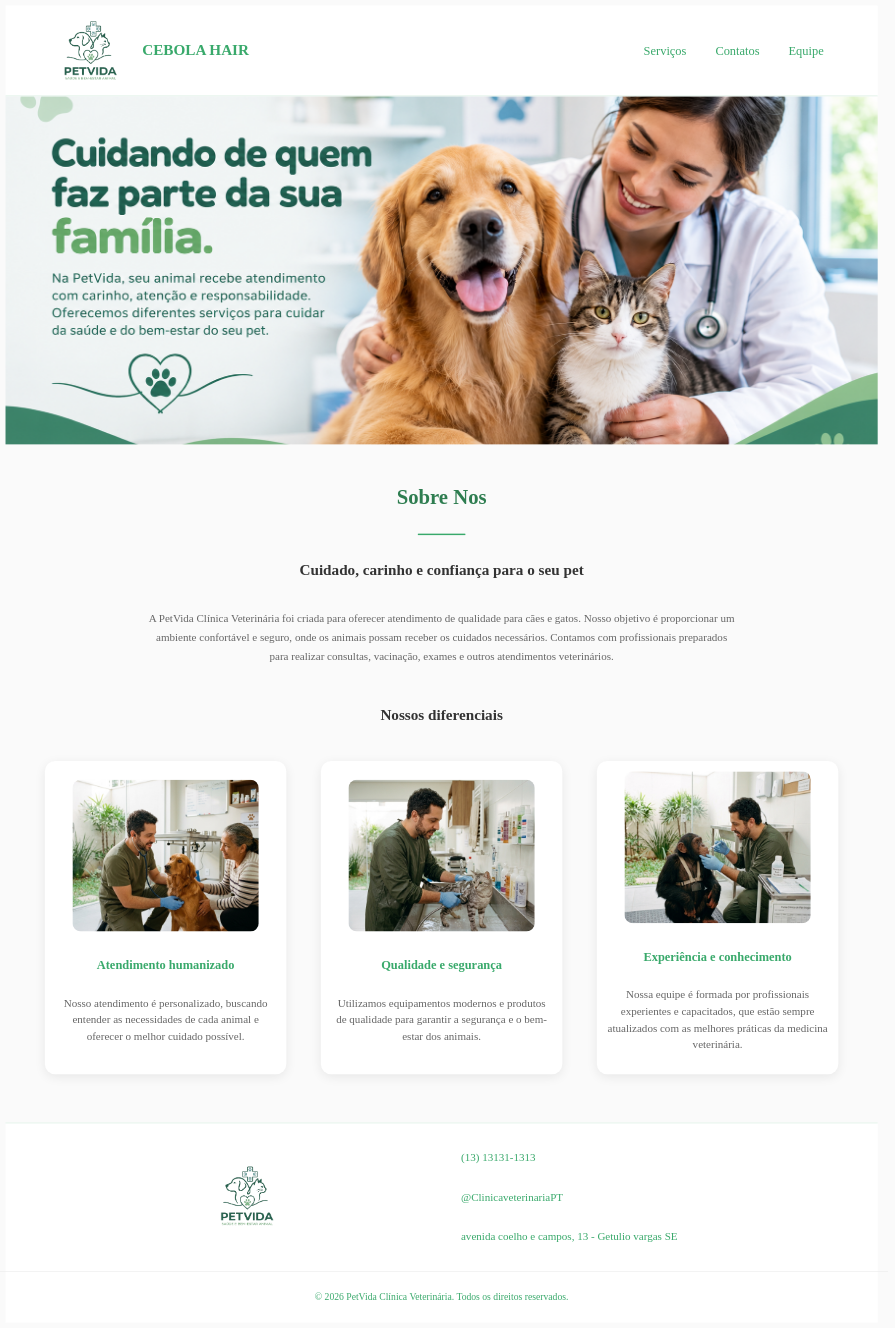
Repository: antonymsantana-design/Veterinario
Page: INDEX.HTML
The author's editor kept a copy of each file at every save. The page is drawn from the files as they stood at one save, then again after the next save.
The browser window is 1280 px wide. The page is 1297 px wide, then 1280 px, so the pictures cover 1297 px, including what lies to the right of the window. The pictures show the whole page, at 69% of full size.

Above is the page before, as saved 2026-10-03 18:20:13.
Console error: TypeError: Cannot read properties of null (reading 'innerHTML')

### INDEX.HTML
<!doctype html>
<html lang="pt-br">

<head>
    <meta charset="UTF-8" />
    <meta name="viewport" content="width=device-width, initial-scale=1.0" />
    <title>Cebola Hair</title>
    <link rel="stylesheet" href="style.css" />
    <script src="script.js" defer></script>
</head>
<header>
    <div class="conteudoH" id="conteudoH">
        <div class="imagem" id="imagem">
            <img src="image/logo.png" alt="logo" class="logoIMG" id="logoIMG" />
            <h3 class="logoH">CEBOLA HAIR</h3>
        </div>
        <div class="direitaH">
            <div class="links" id="links">
                <a href="serviços.html" class="aLinks" id="servA">Serviços</a>
                <a href="CONTATOS.HTML" class="aLinks" id="contatosA">Contatos</a>
                <a href="Team.html" class="aLinks" id="contatosA">Equipe</a>
            </div>
        </div>
    </div>
</header>

<body>
    <div class="conteudo">
    </div>

    <div class="context"></div>
    <h2 class="Our" id="servicosT">Sobre Nos</h2>
    <hr />

    <h3 class="AbH2">Cuidado, carinho e confiança para o seu pet</h3>
    <p class="AbH3">A PetVida Clínica Veterinária foi criada para oferecer atendimento de qualidade para cães e gatos.
        Nosso objetivo
        é proporcionar um ambiente confortável e seguro, onde os animais possam receber os cuidados necessários.
        Contamos com profissionais preparados para realizar consultas, vacinação, exames e outros atendimentos
        veterinários.</p>
    <h3 class="AbH2">Nossos diferenciais</h3>
    <div class="topics">
        <div class="topc">
            <img src="image/imagemPG11.jpg" alt="atendimento" class="topcIMG" />
            <div class="txtT">
                <h4 class="topcH">Atendimento humanizado</h4>
                <p class="topcP">Nosso atendimento é personalizado, buscando entender as necessidades de cada animal e
                    oferecer o melhor cuidado possível.</p>
            </div>
        </div>
        <div class="topc">
            <img src="image/imagemPG2.jpg" alt="qualidade" class="topcIMG" />
            <div class="txtT">
                <h4 class="topcH">Qualidade e segurança</h4>
                <p class="topcP">Utilizamos equipamentos modernos e produtos de qualidade para garantir a segurança e o
                    bem-estar dos animais.</p>
            </div>
        </div>
        <div class="topc">
            <img src="image/imagemPG13.jpg" alt="experiencia" class="topcIMG" />
            <div class="txtT">
                <h4 class="topcH">Experiência e conhecimento</h4>
                <p class="topcP">Nossa equipe é formada por profissionais experientes e capacitados, que estão sempre
                    atualizados com as melhores práticas da medicina veterinária.</p>
            </div>
        </div>
    </div>
    </div>

</body>
<footer id="footer">
    <div class="cimaF">
        <div class="direita">
            <img src="image/logo.png" alt="logo" class="logoIMGF" id="logoIMG" />
        </div>

        <div class="esquerda">
            <p>(13) 13131-1313</p>
            <p>@ClinicaveterinariaPT</p>
            <p>avenida coelho e campos, 13 - Getulio vargas SE</p>
        </div>
    </div>
    <div class="baixoF">
        <p>© 2026 PetVida Clínica Veterinária. Todos os direitos reservados.</p>
    </div>
</footer>

</html>

### style.css
```css
* {
    padding: 0;
    margin: 0;
    font-family: Arial, Helvetica, sans-serif;
    box-sizing: border-box;
}

body {
    background-color: #fafafa;
    color: #333;
}

/* ================= HEADER ================= */

header {
    background-color: #ffffff;
    min-height: 130px;
    display: flex;
    justify-content: center;
    align-items: center;
    border-bottom: 2px solid #e8f5ee;
}

.conteudoH {
    width: 90%;
    max-width: 1200px;
    display: flex;
    justify-content: space-between;
    align-items: center;
}

.imagem {
    display: flex;
    justify-content: center;
    align-items: center;
    gap: 15px;
}

.logoIMG {
    width: 120px;
    cursor: pointer;
    transition: 0.3s;
}

.logoIMG:hover {
    transform: scale(1.05);
}

.logoH {
    color: #39A96B;
    font-size: 22px;
}

/* ================= LINKS ================= */

.direitaH {
    display: flex;
    justify-content: center;
    align-items: center;
}

.links {
    display: flex;
    gap: 12px;
    justify-content: center;
    font-size: 18px;
}

.links a {
    text-decoration: none;
    color: #39A96B;
    padding: 10px 15px;
    border-radius: 8px;
    transition: 0.3s;
}

.links a:hover {
    background-color: #39A96B;
    color: white;
    transform: translateY(-3px);
}

/* ================= BANNER ================= */

.conteudo {
    background-image: url("image/Cuidando de Quem Amamos.png");
    background-repeat: no-repeat;
    background-size: cover;
    background-position: center;
    height: 70vh;
    min-height: 400px;
}

/* ================= TÍTULOS ================= */

.Our {
    padding-top: 35px;
    padding-bottom: 10px;
    text-align: center;
    color: #2e7d50;
    font-size: 30px;
}

hr {
    width: 70px;
    margin: 0 auto 25px auto;
    border: none;
    border-top: 3px solid #39A96B;
    border-radius: 5px;
}

/* ================= SOBRE NÓS ================= */

.AbH2 {
    padding: 12px 20px;
    text-align: center;
    color: #333;
    font-size: 22px;
}

.AbH3 {
    max-width: 850px;
    margin: auto;
    padding: 10px 20px 25px;
    text-align: center;
    line-height: 1.7;
    color: #666;
}

/* ================= DIFERENCIAIS ================= */

.topics {
    display: flex;
    justify-content: center;
    gap: 50px;
    padding: 20px 30px 40px;
    flex-wrap: wrap;
}

.topc {
    display: flex;
    justify-content: center;
    align-items: center;
    flex-direction: column;
    text-align: center;
    max-width: 320px;
    background-color: white;
    border-radius: 15px;
    padding: 15px;
    box-shadow: 0 4px 15px rgba(0, 0, 0, 0.08);
    transition: 0.3s;
}

.topc:hover {
    transform: translateY(-7px);
    box-shadow: 0 8px 20px rgba(0, 0, 0, 0.12);
}

.topcIMG {
    width: 270px;
    height: 220px;
    object-fit: cover;
    border-radius: 12px;
    cursor: pointer;
}

.topcH {
    padding: 15px 5px 8px;
    color: #39A96B;
    font-size: 18px;
}

.topcP {
    color: #666;
    line-height: 1.5;
}

/* ================= CARDS ================= */

.card {
    background-color: #FDEEC7;
    width: 270px;
    height: 220px;
    display: flex;
    flex-direction: column;
    justify-content: center;
    align-items: center;
    border-radius: 10px;
    transition: 0.3s;
}

.card:hover {
    transform: translateY(-5px);
    box-shadow: 0 7px 15px rgba(0, 0, 0, 0.12);
}

.card h4 {
    color: #22C55E;
}

.cards {
    display: flex;
    justify-content: center;
    gap: 40px;
    padding: 20px 20px 30px;
    flex-wrap: wrap;
}

.icone {
    width: 120px;
    height: 120px;
    padding-bottom: 10px;
}

/* ================= BOTÕES ================= */

.btnDiv {
    display: flex;
}

.btn {
    display: flex;
    justify-content: center;
    align-items: center;
    width: 140px;
    height: 50px;
    background-color: #22C55E;
    border: none;
    color: white;
    border-radius: 8px;
    transition: 0.3s;
    cursor: pointer;
    font-size: 14px;
}

.btn:hover {
    transform: translateY(-4px);
    box-shadow: 0 6px 12px rgba(0, 0, 0, 0.2);
}

/* ================= AGENDAMENTO ================= */

.agendar {
    display: flex;
    justify-content: space-around;
    align-items: center;
    padding: 40px 30px;
    gap: 40px;
}

.form {
    background-color: #ECF2F7;
    width: 600px;
    min-height: 300px;
    border-radius: 12px;
    display: flex;
    justify-content: center;
    flex-direction: column;
    padding: 20px;
}

.formCima {
    padding-top: 10px;
    display: flex;
    justify-content: center;
    align-items: center;
    flex-direction: column;
}

.quadrado {
    display: grid;
    justify-content: center;
    grid-template-columns: repeat(2, 200px);
    gap: 25px 50px;
}

.esq {
    font-size: 25px;
}

.formu {
    width: 240px;
    height: 35px;
    border-radius: 6px;
    border: 1px solid #ccc;
    padding: 5px;
}

.forms {
    width: 500px;
    height: 35px;
    border-radius: 6px;
    border: 1px solid #ccc;
    padding: 5px;
}

.agendarbtn {
    display: flex;
    justify-content: center;
    align-items: center;
    width: 512px;
    height: 40px;
    background-color: #22C55E;
    border: none;
    color: white;
    border-radius: 8px;
    transition: 0.3s;
    cursor: pointer;
    margin-top: 15px;
}

.agendarbtn:hover {
    transform: translateY(-3px);
    box-shadow: 0 5px 10px rgba(0, 0, 0, 0.15);
}

.btnAgendar {
    display: flex;
    justify-content: center;
    align-items: center;
}

/* ================= SERVIÇOS ================= */

.primeiro {
    background-color: #ffffff;
    width: 300px;
    padding: 18px;
    text-align: center;
    border-radius: 15px;
    box-shadow: 0 4px 15px rgba(0, 0, 0, 0.08);
    transition: 0.3s;
}

.primeiro:hover {
    transform: translateY(-6px);
    box-shadow: 0 8px 18px rgba(0, 0, 0, 0.12);
}

.cards {
    display: grid;
    justify-content: center;
    grid-template-columns: repeat(3, 300px);
    gap: 35px;
    padding: 20px;
}

.cards .primeiro img {
    width: 250px;
    height: 250px;
    border-radius: 15px;
    object-fit: cover;
}

h1 {
    text-align: center;
    margin-top: 30px;
    margin-bottom: 25px;
    color: #2e7d50;
}

.texto {
    color: #3C2415;
    line-height: 1.5;
}

.preco {
    color: #d49b55;
    font-weight: bold;
}

/* ================= FOOTER ================= */

footer {
    display: flex;
    justify-content: center;
    align-items: center;
    flex-direction: column;
    background-color: #ffffff;
    color: #39A96B;
    border-top: 1px solid #d9eee2;
    margin-top: 30px;
}

.cimaF {
    display: flex;
    justify-content: center;
    gap: 250px;
    align-items: center;
    padding: 25px;
    width: 100%;
}

.logoIMGF {
    width: 120px;
    cursor: pointer;
}

.esquerda {
    display: flex;
    flex-direction: column;
    gap: 7px;
}

.baixoF {
    width: 100%;
    text-align: center;
    padding: 15px;
    border-top: 1px solid #eeeeee;
    font-size: 14px;
}

/* ================= CELULAR ================= */

@media (max-width: 768px) {

    header {
        min-height: auto;
        padding: 15px 0;
    }

    .conteudoH {
        width: 100%;
        flex-direction: column;
        gap: 10px;
    }

    .imagem {
        gap: 8px;
    }

    .logoIMG {
        width: 75px;
    }

    .logoH {
        font-size: 18px;
    }

    .links {
        gap: 5px;
        font-size: 15px;
    }

    .links a {
        padding: 8px 10px;
    }

    .conteudo {
        height: 350px;
        min-height: 0;
    }

    .Our {
        font-size: 25px;
        padding-top: 25px;
    }

    .AbH2 {
        font-size: 20px;
    }

    .AbH3 {
        font-size: 15px;
        line-height: 1.6;
    }

    .topics {
        flex-direction: column;
        align-items: center;
        gap: 25px;
    }

    .topc {
        width: 90%;
        max-width: 350px;
    }

    .topcIMG {
        width: 100%;
        height: 220px;
    }

    .cards {
        grid-template-columns: 1fr;
        justify-items: center;
        gap: 25px;
    }

    .agendar {
        flex-direction: column;
        gap: 30px;
        padding: 30px 20px;
    }

    .esq {
        font-size: 18px;
        text-align: center;
    }

    .esq h1 {
        font-size: 28px;
    }

    .esq p {
        font-size: 15px;
    }

    .form {
        width: 100%;
        max-width: 600px;
        height: auto;
        padding: 20px 10px;
    }

    .quadrado {
        grid-template-columns: 1fr;
        gap: 15px;
        margin-right: 0;
        justify-items: center;
    }

    .formu {
        width: 80%;
    }

    .forms {
        width: 80%;
    }

    .quadrado > div {
        width: 100%;
        text-align: center;
    }

    .quadrado label {
        display: block;
        margin-bottom: 5px;
    }

    .agendarbtn {
        width: 80%;
    }

    .cimaF {
        flex-direction: column;
        gap: 15px;
        text-align: center;
    }

    .esquerda {
        align-items: center;
    }
}

### script.js
let texto = ["🩺 Consulta Veterinária", "💉 Vacinação", "🧪 Exames Laboratoriais", "🏥 Cirurgia Veterinária", "✂️ Banho e Tosa", "🐾 Castração"];
let imagem = ["image/consulta.jpg", "image/vacina.jpg", "image/exame.jpg", "image/cirurgia.jpg", "image/banho.jpg", "image/castração.jpg"];
let descr = ["Avaliação completa da saúde do seu animal de estimação, incluindo histórico médico, exame físico e recomendações de cuidados.",
    "Proteja seu animal de estimação contra doenças com nossas vacinas de alta qualidade, administradas por profissionais experientes.",
    "Realizamos exames laboratoriais precisos para diagnosticar e monitorar a saúde do seu animal de estimação, incluindo exames de sangue, urina e fezes.",
    "Intervenções cirúrgicas especializadas para garantir o bem-estar do seu animal de estimação, realizadas por veterinários qualificados.",
    "Cuidados de higiene e beleza para manter seu animal de estimação saudável e bem cuidado.",
    "Serviço de castração seguro e humanizado, realizado por profissionais qualificados."];
let preco = ["R$ 150,00", "R$ 80,00", "R$ 120,00", "R$ 500,00", "R$ 100,00", "R$ 300,00"];



function cards() {

    let cards = document.querySelector('#cards');

    for (let i = 0; i < texto.length; i++) {
        cards.innerHTML += ` <div class="primeiro" id="primeiro">

            <img src="${imagem[i]}" alt="qualquercoisa">
             <p class="texto">${texto[i]}</p>
             <small class="texto">${descr[i]}</small>
             <br>
             <p class = "preco">${preco[i]}</p>

            <button id="butcard" class="butcard">Solicitar</button>
        </div>`
    }

}
cards()

const butcard = document.querySelectorAll('.butcard');
butcard.forEach((button, i) => {
    button.addEventListener('click', () => {
        window.alert(`Você solicitou o serviço: ${texto[i]} Preço: ${preco[i]}`);
    })
})

let nome = ["👩‍⚕️ Dra. Ana Souza", "👨‍⚕️ Dr. Lucas Martins", "👩‍⚕️ Dra. Mariana Oliveira", "👨‍⚕️ Dr. Pedro Almeida", "👩‍⚕️ Dra. Camila Ferreira", "👨‍⚕️ Dr. Rafael Costa"];

let image = ["image/h1.jpg", "image/m1.jpg", "image/h2.jpg", "image/m2.jpg", "image/h3.jpg", "image/m3.jpg"];

let descri = ["Especialista em medicina interna e cuidados preventivos para cães e gatos.",
    "Veterinário experiente em cirurgia ortopédica e tratamento de doenças crônicas em animais de estimação.",
    "Dra. Mariana Oliveira é especialista em dermatologia veterinária, oferecendo cuidados para problemas de pele em cães e gatos.",
    "Dr. Pedro Almeida é um veterinário dedicado à odontologia animal, proporcionando tratamentos dentários de qualidade para pets.",
    "Dra. Camila Ferreira é uma veterinária apaixonada por comportamento animal, ajudando a melhorar a relação entre tutores e seus pets.",
    "Dr. Rafael Costa é especialista em cardiologia veterinária, oferecendo diagnósticos e tratamentos para doenças cardíacas em animais de estimação."];



function cards2() {

    let cardse = document.querySelector('#cardsE');

    for (let i = 0; i < nome.length; i++) {
        cardse.innerHTML += ` <div class="primeiro" id="primeiro">
            <img src="${image[i]}" alt="qualquercoisa">
             <p class="texto">${nome[i]}</p>
             <small class="texto">${descri[i]}</small>
            <button id="butcard" class="butcard">Solicitar</button>
        </div>`
    }

}
cards2()

After the next save:
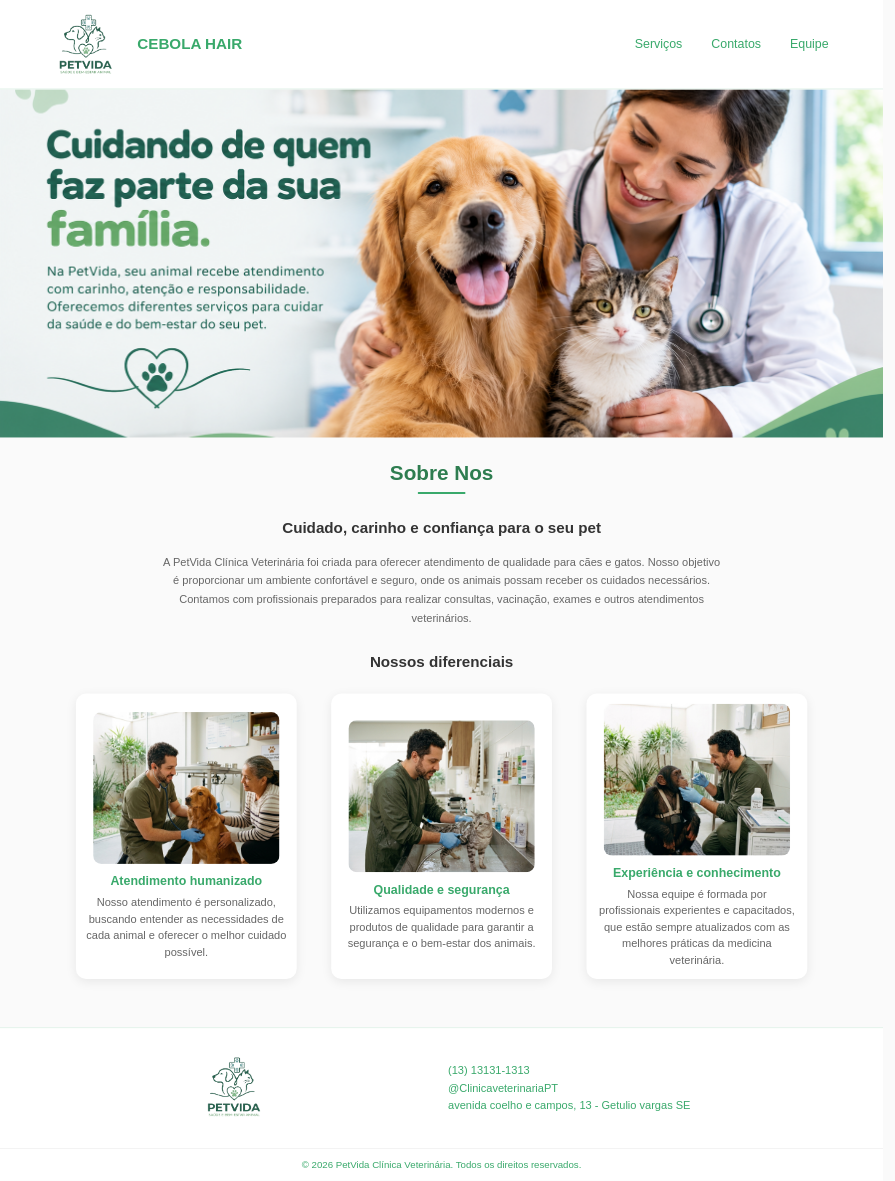
Saved 6 s later.
--- a/style.css
+++ b/style.css
@@ -1,4 +1,4 @@
-```css
+
 * {
     padding: 0;
     margin: 0;
